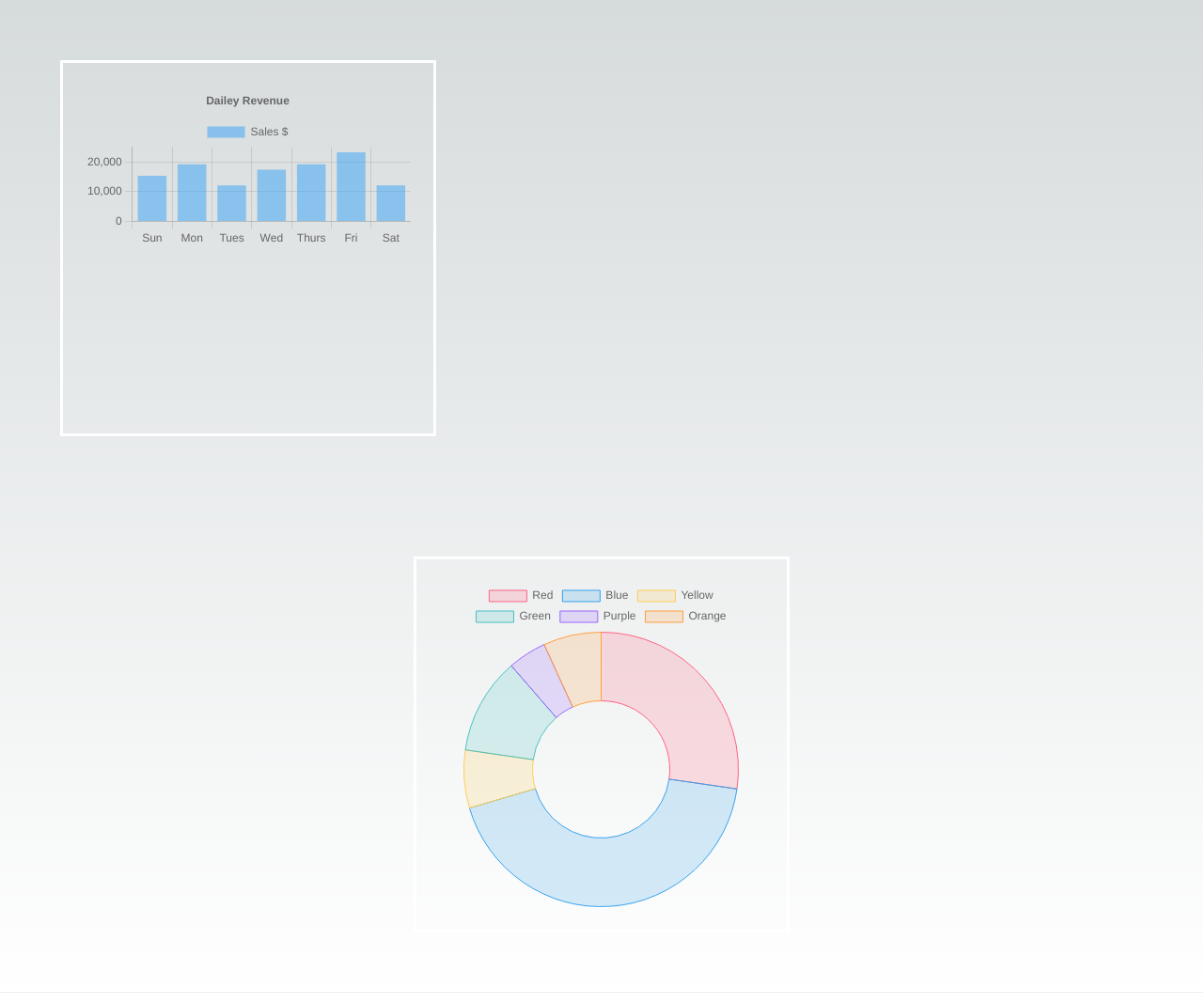
Repository: sierralaurent/MDIA2109-Class12
Page: /
An editor plug-in stored every save of this project. The page is shown before and after the next save, followed by the edit.
The browser window is 1280 px wide. The pictures show the whole page, at 94% of full size.
The project was rebuilt for these pictures with package versions that can differ from the ones it lists, and the page was loaded fresh each time. The framework's server and built-in components were replaced by stand-ins that run in the browser. Also part of the build but not shown: next.config.js.

Above is the page before, as saved 2023-03-24 09:45:26.

### pages/index.js
import Head from 'next/head'
import Image from 'next/image'
import styles from '@/styles/Home.module.css'
import BarChart from '@/components/BarChart'
import Doughnut from '@/components/Doughnut'

export default function Home() {
  return (
    <>
      <Head>
        <title>Create Next App</title>
        <meta name="description" content="Generated by create next app" />
        <meta name="viewport" content="width=device-width, initial-scale=1" />
        <link rel="icon" href="/favicon.ico" />
      </Head>
      <main className={styles.main}>
        <div className={styles.bar}>
        <BarChart />
        </div>
        <div className={styles.doughnut}>
        <Doughnut />
        </div>
      </main>
    </>
  )
}

### styles/Home.module.css
.bar {
  display: flex;
  justify-content: left;
  padding: 5%;
}

.doughnut {
  display: flex;
  justify-content: center;
  padding: 5%;
}

### components/BarChart/index.js
import { useState, useEffect } from "react";
import styles from './BarChart.module.css';

import { Bar } from 'react-chartjs-2'
import {
    Chart as ChartJS,
    CategoryScale,
    LinearScale,
    BarElement,
    Title,
    Tooltip,
    Legend
} from 'chart.js'

ChartJS.register(
    CategoryScale,
    LinearScale,
    BarElement,
    Title,
    Tooltip,
    Legend
)

export default function BarChart() {

    const [chartData, setChartData] = useState({
        datasets: []
    })
    const [chartOptions, setChartOptions] = useState({})

    useEffect(() => {
        setChartData({
            labels: ["Sun", "Mon", "Tues", "Wed", "Thurs", "Fri", "Sat"],
            datasets: [
                {
                    label: 'Sales $',
                    data: [15323,19213,12124,17423,19213,23214,12142],
                    borderColor: 'rgb(53,172,89)',
                    backgroundColor: 'rgba(53,162,245,0.5)'
                }
            ]
        })

        setChartOptions({
            plugins: {
                legend: {
                    position: 'top'
                },
                title: {
                    display: true,
                    text: "Dailey Revenue"
                }
            },
            maintainAspectRation: false,
            responsive: true
        })

    }, [])

    return(
        <>
        <div className={styles.container}>
            <Bar data={chartData} options={chartOptions}/>
        </div>
        </>
    )
}

### components/Doughnut/index.js
import { useState, useEffect } from "react";
import styles from './Doughnut.module.css';

import React from 'react';
import { Chart as ChartJS, ArcElement, Tooltip, Legend } from 'chart.js';
import { Doughnut } from 'react-chartjs-2';

ChartJS.register(ArcElement, Tooltip, Legend);

export const data = {
  labels: ['Red', 'Blue', 'Yellow', 'Green', 'Purple', 'Orange'],
  datasets: [
    {
      label: '# of Votes',
      data: [12, 19, 3, 5, 2, 3],
      backgroundColor: [
        'rgba(255, 99, 132, 0.2)',
        'rgba(54, 162, 235, 0.2)',
        'rgba(255, 206, 86, 0.2)',
        'rgba(75, 192, 192, 0.2)',
        'rgba(153, 102, 255, 0.2)',
        'rgba(255, 159, 64, 0.2)',
      ],
      borderColor: [
        'rgba(255, 99, 132, 1)',
        'rgba(54, 162, 235, 1)',
        'rgba(255, 206, 86, 1)',
        'rgba(75, 192, 192, 1)',
        'rgba(153, 102, 255, 1)',
        'rgba(255, 159, 64, 1)',
      ],
      borderWidth: 1,
    },
  ],
};

export default function App() {
  return (
   <>
   <div className={styles.container}>
   <Doughnut data={data} />
   </div>
   </>
  )
}

### components/BarChart/BarChart.module.css
.container {
    width: 400px;
    height: 400px;
    border: 3px solid white;
    padding: 2%;
    padding-bottom: 0%;
}

### components/Doughnut/Doughnut.module.css
.container {
    width: 400px;
    height: 400px;
    border: 3px solid white;
    padding: 2%;
    padding-bottom: 0%;
}

Loaded but not shown: pages/_app.js (common file); pages/_document.js (common file); styles/globals.css (common file)

After the next save:
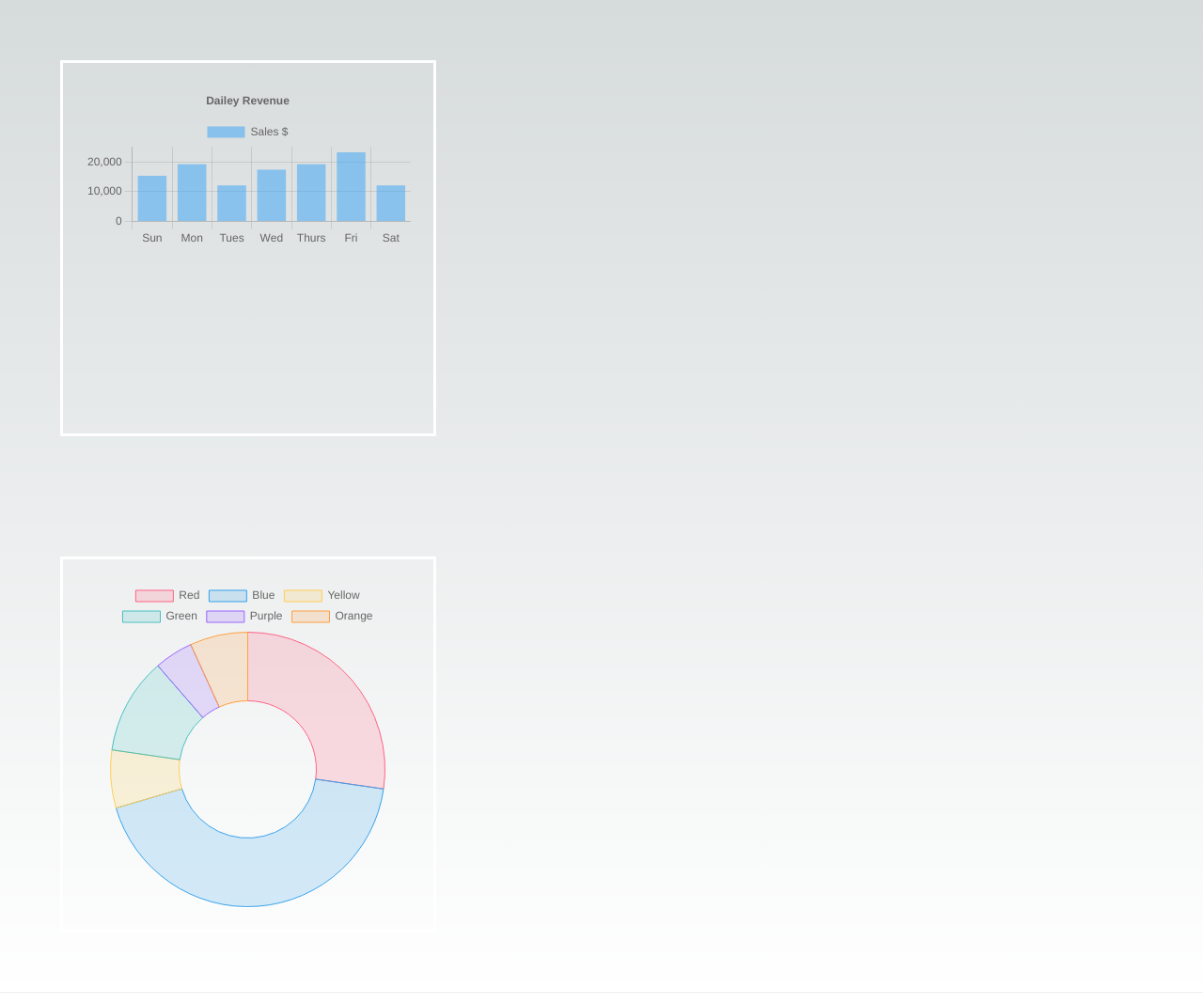
Saved 10 s later.
--- a/styles/Home.module.css
+++ b/styles/Home.module.css
@@ -6,6 +6,6 @@
 
 .doughnut {
   display: flex;
-  justify-content: center;
+  align-items: center;
   padding: 5%;
 }
